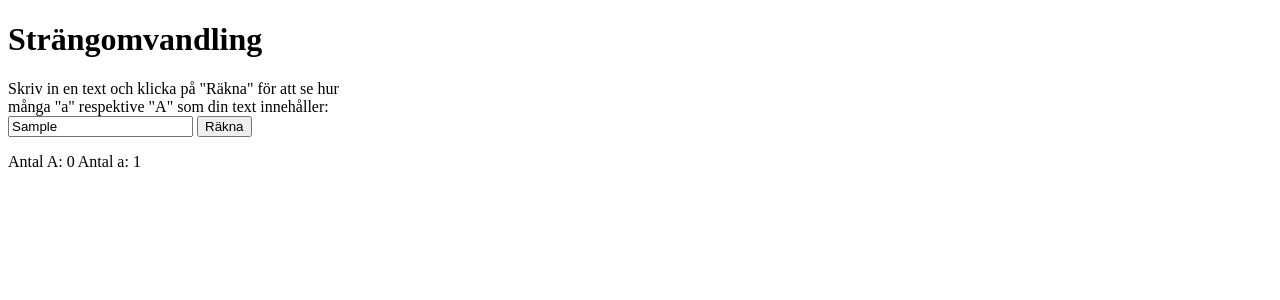
Repository: CarroForslund/laboration-1-1dv404
Page: raknaa/index.html
The author's editor kept a record of every edit. The page is drawn from the files as they stood at one moment, then again after the next edit.
The browser window is 1280 px wide. The pictures show the whole page.
Empty fields were first filled with sample values (such as "Sample", 5 or name@example.com).
After loading, the first visible `#send` was clicked once.

Above is the page before.

After the next edit:
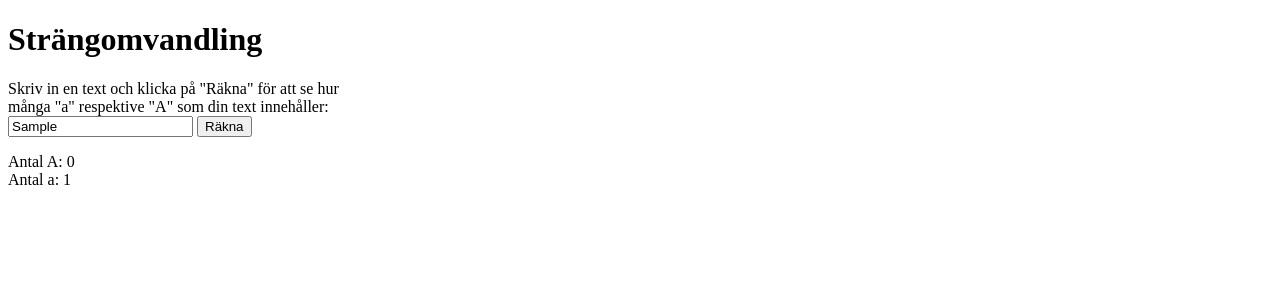
The edit:
--- a/raknaa/script.js
+++ b/raknaa/script.js
@@ -19,7 +19,7 @@
 				}
 
 			}
-			return "Antal A: " +count_A+ " Antal a: " +count_a;
+			return "Antal A: " +count_A+ "<br />Antal a: " +count_a;
 		}
 		else {
 			return "Du måste skriva in något att omvandla och du kan inte skriva enbart siffror.";
